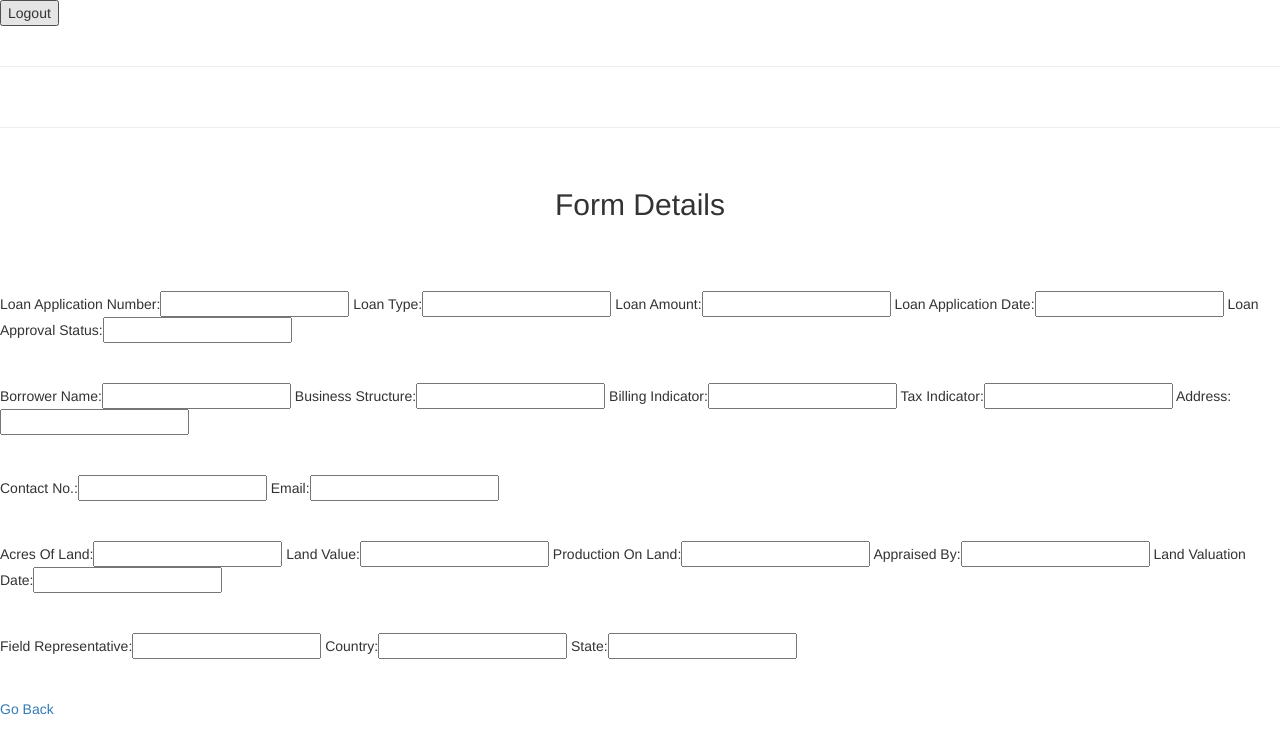
Repository: Bayvao/E-Loan-Project
Page: http://localhost/E-Loan-Project/WEB-INF/views/detailed-loan-application.jsp
An editor plug-in stored every save of this project. The page is shown before and after the next save, followed by the edit.
The browser window is 1280 px wide. The pictures show the whole page.
The page is served by Tomcat 9. Nobody is signed in. The template is opened directly, without the code that normally fills it, so the values that code supplies are empty.

Above is the page before, as saved 2020-07-21 07:34:48.

After the next save:
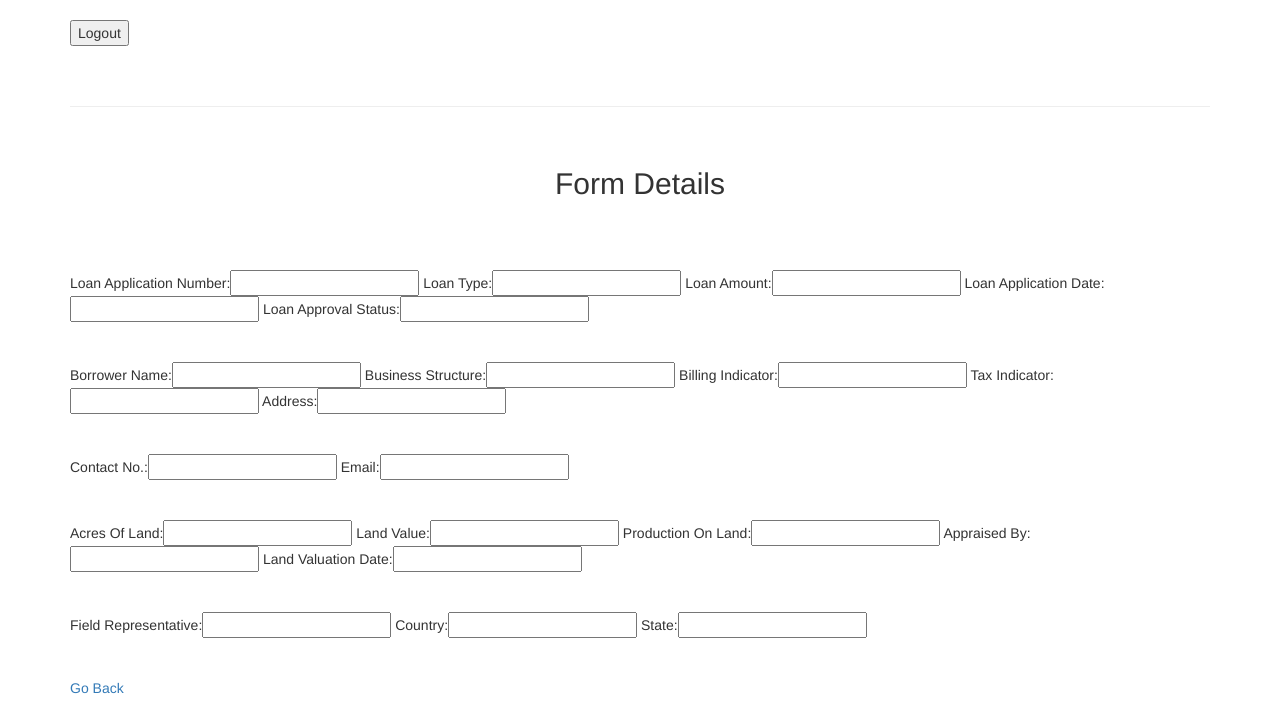
Saved 2 min 14 s later.
--- a/E-Loan-Project/src/main/webapp/WEB-INF/views/detailed-loan-application.jsp
+++ b/E-Loan-Project/src/main/webapp/WEB-INF/views/detailed-loan-application.jsp
@@ -19,8 +19,9 @@
 	src="https://maxcdn.bootstrapcdn.com/bootstrap/3.4.1/js/bootstrap.min.js"></script>
 </head>
 <body>
+<div class="container">
+		<br />
 
-	<!-- Add a logout button -->
 	<form:form action="${pageContext.request.contextPath}/logout"
 		method="POST">
 
@@ -28,9 +29,6 @@
 
 	</form:form>
 	<br>
-	<hr>
-
-	<!-- display user name and role -->
 
 	<p>
 
@@ -115,7 +113,7 @@
 		</p>
 
 	</form:form>
-
+</div>
 
 
 </body>
